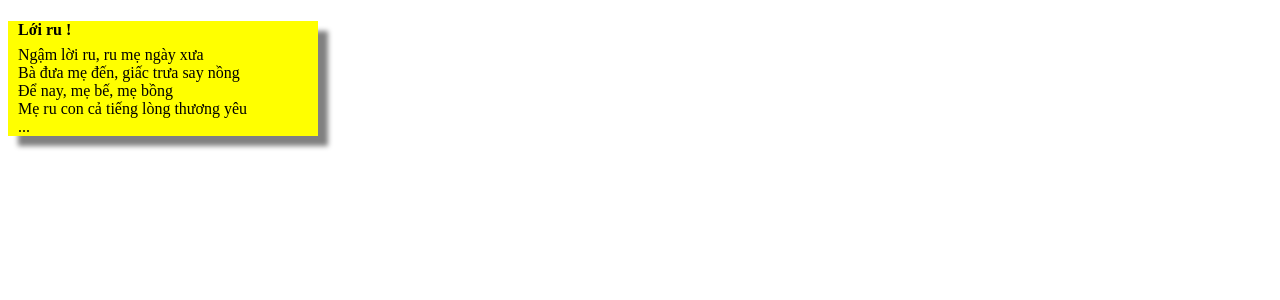
Repository: Tan-Khang21/TH_TKW--Buoi_07
Page: Bai_Tap_Mau/Bai_03/Shadow2.html
The author's editor kept a copy of each file at every save. The page is drawn from the files as they stood at one save, then again after the next save.
The browser window is 1280 px wide. The pictures show the whole page.

Above is the page before, as saved 2024-03-12 15:47:20.

### Bai_Tap_Mau/Bai_03/Shadow2.html
<!DOCTYPE html>
<html lang="en">
  <head>
    <meta charset="UTF-8" />
    <meta name="viewport" content="width=device-width, initial-scale=1.0" />
    <title>Document</title>
  </head>
  <body>
    <style>
      .box {
        background-color: yellow;
        box-shadow: 10px 10px 5px grey;
        width: 300px;
        padding-left: 10px;
      }
    </style>
    <div class="box">
      <h4>Lới ru !</h4>
      <p style="margin-top: -15px">
        Ngậm lời ru, ru mẹ ngày xưa <br />
        Bà đưa mẹ đến, giấc trưa say nồng <br />
        Để nay, mẹ bế, mẹ bồng <br />
        Mẹ ru con cả tiếng lòng thương yêu <br />...
      </p>
    </div>
  </body>
</html>

After the next save:
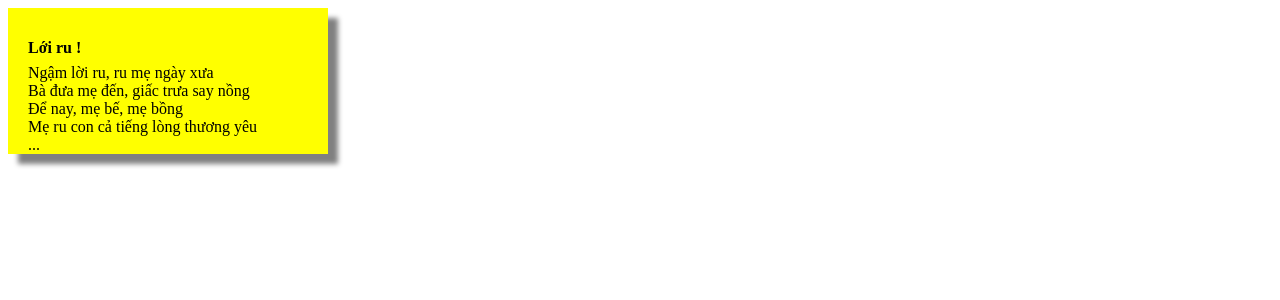
Saved 18 s later.
--- a/Bai_Tap_Mau/Bai_03/Shadow2.html
+++ b/Bai_Tap_Mau/Bai_03/Shadow2.html
@@ -11,7 +11,8 @@
         background-color: yellow;
         box-shadow: 10px 10px 5px grey;
         width: 300px;
-        padding-left: 10px;
+        padding-top: 10px;
+        padding-left: 20px;
       }
     </style>
     <div class="box">
